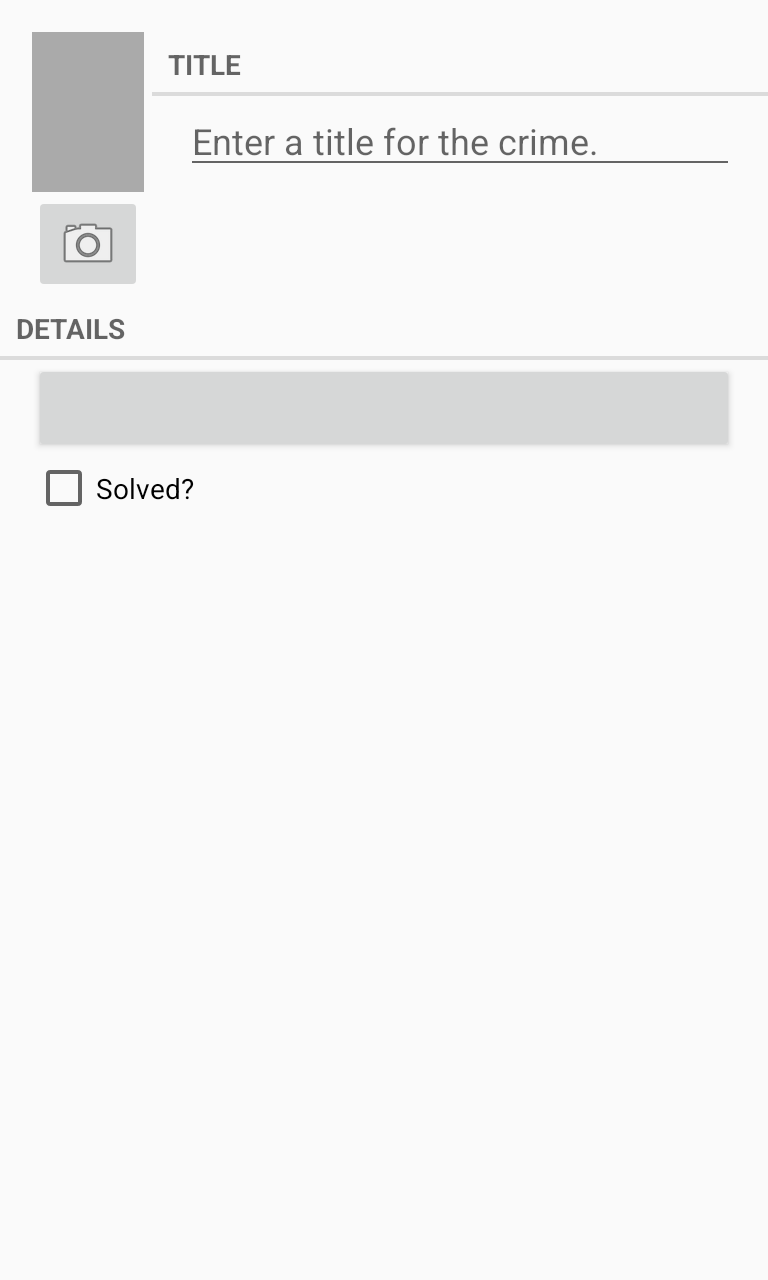
Repository: p-tricky/Android
Layout: CriminalIntent/res/layout/fragment_criminal.xml
The author's editor kept a copy of each file at every save. The layout is drawn from the files as they stood at one save, then again after the next save.
It is drawn on a 768 x 1280 px phone screen (xhdpi) without system bars, with theme AppTheme; the app's code is not run.

Above is the layout before, as saved 2014-09-06 05:23:30.

After the next save:
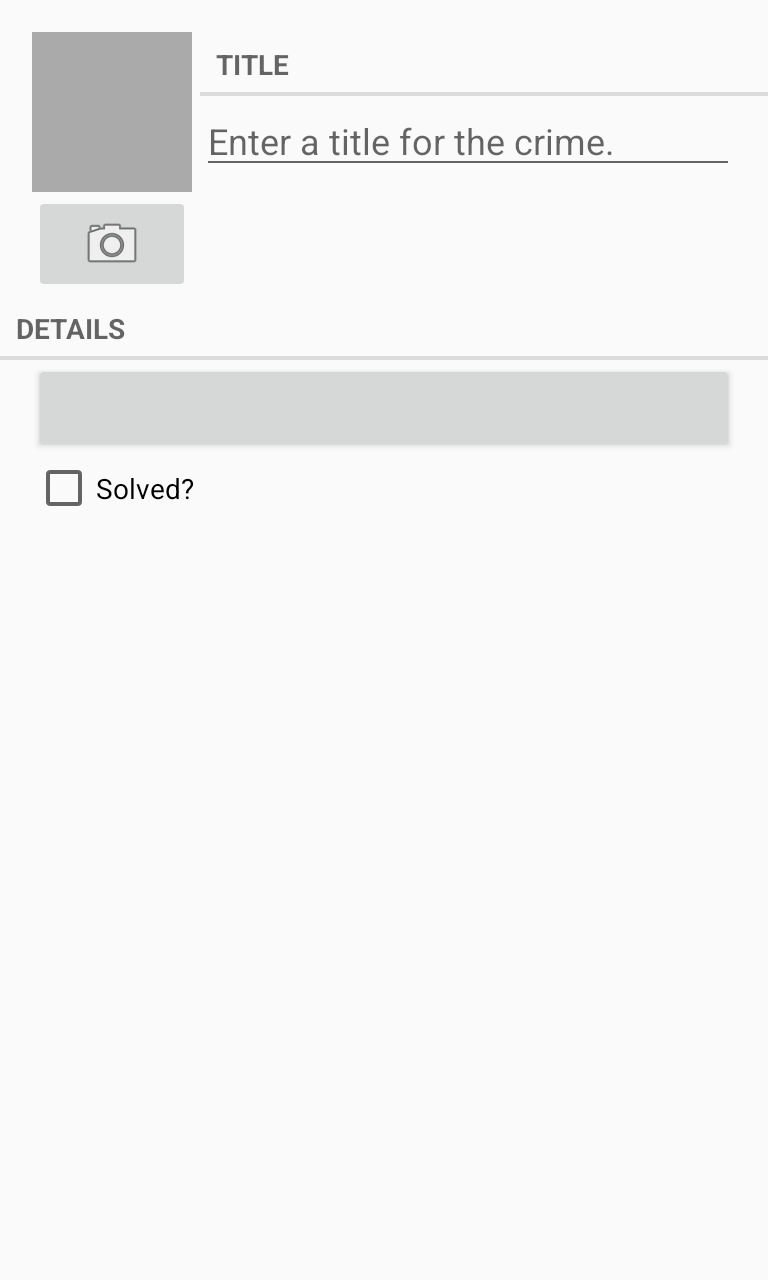
Saved 12 h 38 min later.
--- a/CriminalIntent/res/layout/fragment_criminal.xml
+++ b/CriminalIntent/res/layout/fragment_criminal.xml
@@ -1,86 +1,70 @@
 <?xml version="1.0" encoding="utf-8"?>
 <LinearLayout xmlns:android="http://schemas.android.com/apk/res/android"
-    android:layout_width="match_parent"
-    android:layout_height="match_parent"
-    android:orientation="vertical" >
-
+  android:layout_width="match_parent"
+  android:layout_height="wrap_content"
+  android:orientation="vertical"
+  >
+  <LinearLayout
+    android:layout_width="fill_parent"
+    android:layout_height="wrap_content"
+    android:layout_marginLeft="16dp"
+    android:layout_marginTop="16dp"
+    >
     <LinearLayout
-        android:layout_width="fill_parent"
-        android:layout_height="wrap_content"
-        android:orientation="horizontal"
-        android:layout_marginLeft="16dp"
-        android:layout_marginTop="16dp">
-
-        <LinearLayout
-            android:layout_width="wrap_content"
-            android:layout_height="wrap_content"
-            android:orientation="vertical"
-        	android:layout_marginRight="4dp">
-
-			<ImageView
-			    android:id="@+id/crime_imageView"
-			    android:layout_width="match_parent"
-			    android:layout_height="80dp"
-			    android:scaleType="centerInside"
-			    android:background="@android:color/darker_gray"
-			    android:cropToPadding="true" />
-
-			<ImageButton
-			    android:id="@+id/crime_imageButton"
-			    android:layout_width="match_parent"
-			    android:layout_height="wrap_content"
-			    android:src="@android:drawable/ic_menu_camera" />
-
-
-    	</LinearLayout>
-
-        <LinearLayout
-            android:layout_width="wrap_content"
-            android:layout_height="wrap_content"
-            android:orientation="vertical"
-        	android:layout_weight="1">
-
-    		<TextView
-        		android:layout_width="match_parent"
-        		android:layout_height="wrap_content"
-        		android:text="@string/crime_title_label"
-        		style="?android:listSeparatorTextViewStyle" />
-
-    		<EditText
-        		android:id="@+id/crime_title"
-        		android:layout_width="match_parent"
-        		android:layout_height="wrap_content"
-        		android:layout_marginLeft="16dp"
-        		android:layout_marginRight="16dp"
-        		android:hint="@string/crime_title_hint" />
-
-    	</LinearLayout>
-
-    </LinearLayout>
-
-
-    <TextView
+      android:layout_width="wrap_content"
+      android:layout_height="wrap_content"
+      android:orientation="vertical"
+      android:layout_marginRight="4dp"
+      >
+      <ImageView android:id="@+id/crime_imageView"
+        android:layout_width="80dp"
+        android:layout_height="80dp"
+        android:scaleType="centerInside"
+        android:background="@android:color/darker_gray"
+        android:cropToPadding="true"/>
+      <ImageButton android:id="@+id/crime_imageButton"
         android:layout_width="match_parent"
         android:layout_height="wrap_content"
-        android:text="@string/crime_details_label"
+        android:src="@android:drawable/ic_menu_camera"
+        />
+    </LinearLayout>
+    <LinearLayout
+      android:layout_width="wrap_content"
+      android:layout_height="wrap_content"
+      android:orientation="vertical"
+      android:layout_weight="1"
+      >
+      <TextView
+        android:layout_width="match_parent"
+        android:layout_height="wrap_content"
+        android:text="@string/crime_title_label"
         style="?android:listSeparatorTextViewStyle"
         />
-
-    <Button
-        android:id="@+id/crime_date"
+      <EditText android:id="@+id/crime_title"
         android:layout_width="match_parent"
         android:layout_height="wrap_content"
-        android:layout_marginLeft="16dp"
         android:layout_marginRight="16dp"
+        android:hint="@string/crime_title_hint"
         />
-
-    <CheckBox
-        android:id="@+id/crime_solved"
-        android:layout_width="match_parent"
-        android:layout_height="wrap_content"
-        android:layout_marginLeft="16dp"
-        android:layout_marginRight="16dp"
-        android:text="@string/crime_solved_label"
-        />
-
+    </LinearLayout>
+  </LinearLayout>
+  <TextView
+    android:layout_width="match_parent"
+    android:layout_height="wrap_content"
+    android:text="@string/crime_details_label"
+    style="?android:listSeparatorTextViewStyle"
+    />
+  <Button android:id="@+id/crime_date"
+    android:layout_width="match_parent"
+    android:layout_height="wrap_content"
+    android:layout_marginLeft="16dp"
+    android:layout_marginRight="16dp"
+    />
+  <CheckBox android:id="@+id/crime_solved"
+    android:layout_width="match_parent"
+    android:layout_height="wrap_content"
+    android:layout_marginLeft="16dp"
+    android:layout_marginRight="16dp"
+    android:text="@string/crime_solved_label"
+    />
 </LinearLayout>
